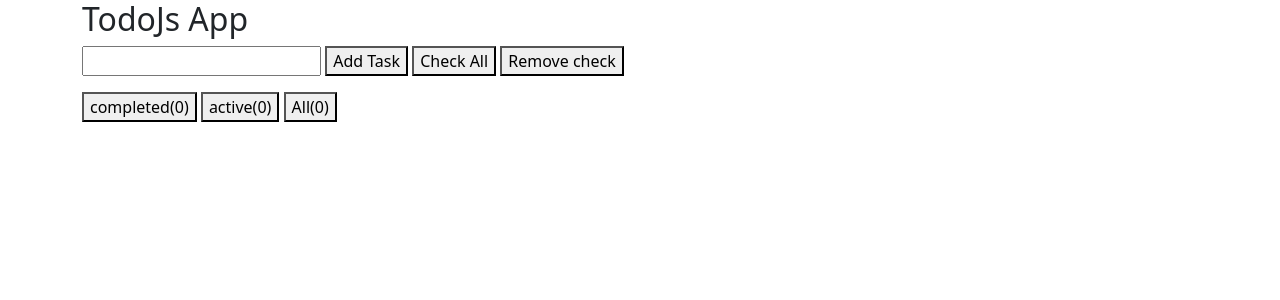
Repository: VladimirKasyanov/Todo
Page: index.html
An editor plug-in stored every save of this project. The page is shown before and after the next save, followed by the edit.
The browser window is 1280 px wide. The pictures show the whole page.

Above is the page before, as saved 2024-05-31 13:48:41.

### index.html
<!DOCTYPE html>
<html lang="en">
  <head>
    <meta charset="utf-8" />
    <meta name="viewport" content="width=device-width, initial-scale=1" />
   <link rel="stylesheet" href="styles.css">
    <link
      href="https://cdn.jsdelivr.net/npm/bootstrap@5.3.3/dist/css/bootstrap.min.css"
      rel="stylesheet"
      integrity="sha384-QWTKZyjpPEjISv5WaRU9OFeRpok6YctnYmDr5pNlyT2bRjXh0JMhjY6hW+ALEwIH"
      crossorigin="anonymous"
    />
    <title>TodoJs App</title>
  </head>
  <body>
    <div class="container">
      <h2>TodoJs App</h2>
      <form>
        <input type="text" class="input__box" />
        <button type="button" class="add">Add Task</button>
        <button type="button" onclick="checkAll()" class="check-all">
          Check All
        </button>
        <button type="button" onclick="removeCheck()" class="remove-check">
          Remove check
        </button>
      </form>
      <div class="todo__li">
        <ul class="list"></ul>
        <div class="all-button" type="button" >
          <button id="completed" >completed(0)</button>
          <button id="active" >active(0)</button>
          <button id="all" type="focus" >All(0)</button>
        <div>
      </div>
    </div>
    <script
      src="https://cdn.jsdelivr.net/npm/bootstrap@5.3.3/dist/js/bootstrap.bundle.min.js"
      integrity="sha384-YvpcrYf0tY3lHB60NNkmXc5s9fDVZLESaAA55NDzOxhy9GkcIdslK1eN7N6jIeHz"
      crossorigin="anonymous"
    ></script>
    <script src="todo.js"></script>
  </body>
</html>

### styles.css
.completed {
display:
}
.inc {
    display:
}
.all{
    display:
}

### todo.js
const form = document.querySelector("form");
const inputBox = document.querySelector(".input__box");
const addButton = document.querySelector(".add");
const list = document.querySelector(".list");
const label = document.querySelector(".span");
const newInput = document.querySelector(".new-input");
const totalCounter = document.getElementById("all");
const completedCounter = document.getElementById("completed");
const incompleteCounter = document.getElementById("active");
const allButton = document.querySelector(".all-button")

const keyEnter = "Enter"
const keyEscape = "Escape"


let todoList = [];
let condition = "all"
// let completedCount = 0;
// let incompleteCount = 0;

const task = (event) => {
  event.preventDefault();
  const inputText = inputBox.value.trim()
  if (inputText === "" || inputText === null) return;
  let newTodo = {
    description: inputBox.value,
    checked: false,
    id: Date.now(),
  };

  todoList.push(newTodo);
  console.log(todoList);
  displayList(todoList);
  inputBox.value = "";

};



const displayList = () => {

  list.innerHTML = "";
  todoList.forEach((item) => {
    list.innerHTML += `
<li id ='${item.id}'>
<input class = 'check' type='checkBox' id='${item.id}' ${
      item.checked ? "checked" : ""
    }>
<span class='some-text'>${item.description}</span>
  <input class='new-input' type= 'text' value='${item.description.replace(/\s+/g, '')}' hidden></input>
<button type='delete' class='del' id='${item.id}' >x</button>
</li>

`;
// completedTab();

});
updateCounters();
completedTab();
// document.getElementById("total-counter").textContent.todoList.length
};

// const counter = () => {
//     console.log(todoList.length)

//   displayList(todoList)
// }

const toggleTodo = (event) => {
  // todoList[index].checked = !todoList[index].checked;
  if(event.target.type == 'checkbox') {
    const todoId = event.target.id;
    todoList.forEach((item) => {
      if (item.id === Number(todoId)) {
        item.checked = !item.checked;
      }
    })
  }
   updateCounters();
  // displayList(todoList);
};




const checkAll = () => {
  todoList.forEach((todo) => {
    todo.checked = !todo.checked;
  });
  displayList();
};


// const filterTodo = () => {
//   switch (condition) {
//     case 'active':
//     return todoList.filter((todo) => !todo.isChecked);
// }
// }

const updateCounters = () => {
  const completedCount = todoList.filter((item) => item.checked).length;
  const incompleteCount = todoList.length - completedCount;

  completedCounter.innerText = completedCount;
  incompleteCounter.innerText = incompleteCount;
  totalCounter.innerText = todoList.length;

}

const completedTab = () => {
  switch(condition) {
    case 'active':
    return todoList.filter((item) => !item.checked);

    case 'complete':
      return todoList.filter((item) => item.checked);

    default:
      return todoList
    };

    displayList(todoList);
  };



const removeCheck = () => {
  todoList = todoList.filter((todo) => !todo.checked);
  displayList(todoList);
};

function removeOnce(event) {
  const todoId = Number(event.target.parentElement.id);
  if (event.target.classList.contains("del")) {
    todoList = todoList.filter((todo) => todo.id !== todoId);
    displayList(todoList);
  }
}


const editNew = (elementId) => {
  const theElement = document.getElementById(elementId)
  const newText = theElement.children[2].value;
    if (newText === "" || newText === null) return
  // let todoText = event.target.parentNode.children[2].value;

  // console.log(todoList)

  todoList.forEach((item) => {
    if (item.id === Number(elementId)) {
        item.description = newText.trim()
    }

  })
  displayList(todoList);

  //  if (event.sourceCapabilities !== null) {
  //   if (todoText.trim() === '') {
  //   }
  //   displayList(todoList);
  // }
}

const addButtonEnter = (event) => {
    if (event.key === keyEnter) {
       task(event);
  }
};

const changeDescription = (event) => {
  if (event.target.classList.contains("some-text")) {
    const {children} = event.target.parentNode
    children[1].hidden = true
    children[2].hidden = false
    children[2].focus()
  }
};

const changeDescriptionFinish = (event) => {
    if (event.target.classList.contains("new-input")) {
      // console.log(event)

      if (event.key === keyEnter){
        const todoId = Number(event.target.parentElement.id);
        console.log(todoId)
        // todoList.forEach((todo) => todo.id !== todoId);
        editNew(todoId);


      }
      if (event.key === keyEscape) {
        displayList(todoList)
      }
    }
  }


  // list.addEventListener("blur",changeDescriptionFinish)
  list.addEventListener("dblclick", changeDescription);
  list.addEventListener("click", removeOnce);
  list.addEventListener("click", toggleTodo);
  addButton.addEventListener("click", task);
  // console.log(typeof(li))
  list.addEventListener('keyup', changeDescriptionFinish);
  inputBox.addEventListener('keydown', addButtonEnter);
  list.addEventListener('click', completedTab);
  allButton.addEventListener('click',completedTab )
  // list.addEventListener('click', refillCounter)


// const changeDescription = (event) => {
//   const todoId = event.target.parentElement.id;
//   const todo = todoList.find((todo) => todo.id == todoId);

//   if (event.target.classList.contains("label")) {
//     const input = document.createElement("input");
//     input.type = "text";
//     input.value = todo.description;

//     input.addEventListener("blur", () => {
//       todo.description = input.value;
//       displayList(todoList);
//     });

//     event.target.replaceWith(input);
//     input.focus();
//   }
// };
// let itemId = event.target.id
// let index = todoList.findIndex((element) => element.id === itemId);
// delOnce.addEventListener("click", delOnce)
// for.forEach
// const removeOnce = (event) => {
//     delOnce.addEventListener("click", removeOnce);
//         let delOnce = todoList.findIndex((element) => element.id === event.target.id);
//             if (index !== -1) {
//                 todoList.splice(index, 1);

//             };
//             displayList(todoList);
//         };





          // todoList = todoList.filter((todo) => );
    // todoList.removeChild("li");
// checkAllButton.addEventListener("click", checkAll);
// removeComplete.addEventListener("click", removeAll);
// replace(/\s+/g, '') // space delete

// const changeDescriptionFinish = (event) => {
//   if (event.target.classList.contains("new-input")) {
//     const updatedDescription = event.target.value;
//     const todoId = Number(event.target.parentNode.id);
//     const todoIndex = todoList.findIndex((todo) => todo.id === todoId);

//     if (event.key === 'Enter') {
//       todoList[todoIndex].description = updatedDescription;
//       displayList(todoList);
//     } else if (event.key === 'Escape') {
//       event.target.value = todoList[todoIndex].description;
//     }
//   }
// };
// inputBox.addEventListener("keydown", (event) => {
//   if (event.key === "Enter") {
//     task(event);
//   }
// });

// const displayList = () => {
//   list.innerHTML = "";

//   todoList.forEach((item) => {
//     list.innerHTML += `
//       <li id='${item.id}'>
//         <input class='check' type='checkbox' id='${item.id}' ${
//       item.checked ? "checked" : ""
//     }>
//         <span class='some-text'>${item.description}</span>
//         <input class='new-input' type='text' hidden></input>
//         <button type='delete' class='del' id='${item.id}'>x</button>
//       </li>
//     `;

//     if (item.checked) {
//       completedCount++;
//     } else {
//       incompleteCount++;
//     }
//   });
//   document.getElementById("completed-counter").textContent = completedCount;
//   document.getElementById("incomplete-counter").textContent = incompleteCount;
//   document.getElementById("total-counter").textContent = todoList.length;
// };

// function editTask(event) {
//   if (event.target.classList.contains("some-text")) {
//     const { children } = event.target.parentNode;
//     children[1].hidden = true;
//     const editInput = children[2];
//     editInput.value = event.target.textContent;
//     editInput.hidden = false;
//     editInput.focus();
//   }
// }

// function finishEdit(event) {
//   if (event.target.classList.contains("new-input")) {
//     const todoId = Number(event.target.parentElement.id);
//     const editedTask = event.target.value.trim();
//     if (event.key === keyEnter && editedTask !== "") {
//       todoList = todoList.map((todo) =>
//         todo.id === todoId ? { ...todo, description: editedTask } : todo
//       );
//       displayList();
//     }
//     if (event.key === keyEscape) {
//       displayList();
//     }
//   }
// }


// const updateCounter =  () =>  {
//   // const counter = todoList.filter((item) => !item.check).length

//   // const unCount = todoList.filter((item) =>)
//   const completedCount = document.getElementById("completed-counter");
//   const incompleteCount = document.getElementById("incomplete-counter");
//   // const allButton = document.getElementById("total-counter")
//   incompleteCount.textContent = incompleteCount
//   // allButton = document.getElementById("total-counter")
//   allButton.textContent = ` (${todoList.length}) `
//   // (${todoList.length});
// displayList(todoList);
// };

After the next save:
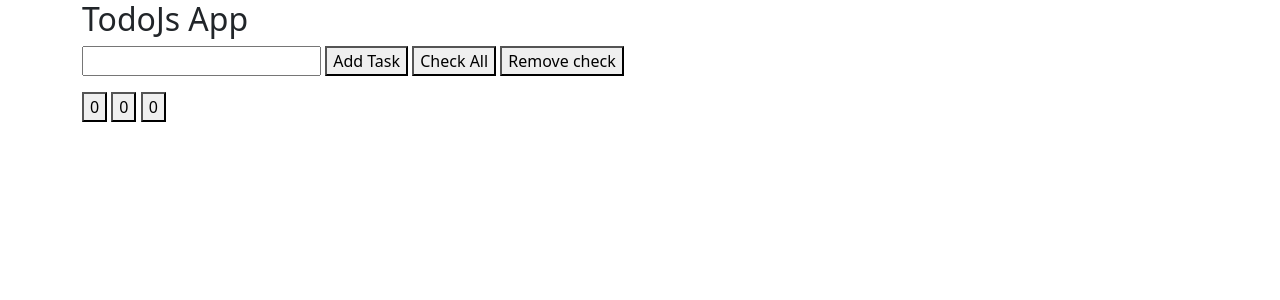
Saved 41 s later.
--- a/todo.js
+++ b/todo.js
@@ -120,8 +120,8 @@
       return todoList
     };
 
-    displayList(todoList);
   };
+  displayList(todoList);
 
 
 

After the save that followed:
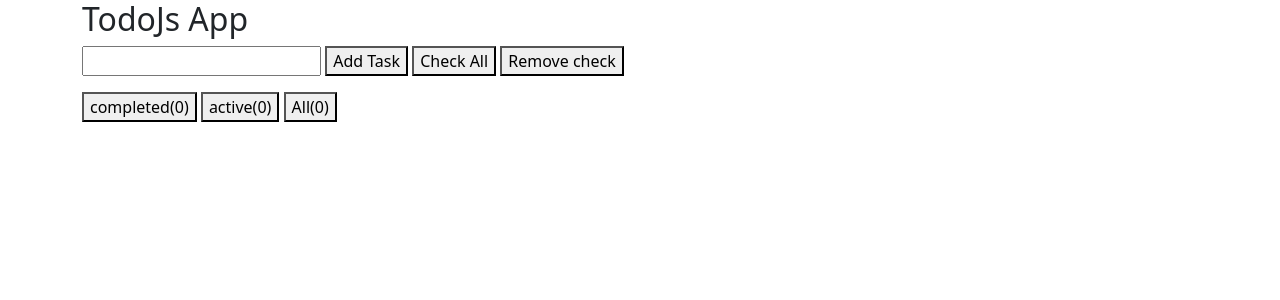
Saved 36 s later.
--- a/todo.js
+++ b/todo.js
@@ -109,6 +109,7 @@
 }
 
 const completedTab = () => {
+  displayList(todoList);
   switch(condition) {
     case 'active':
     return todoList.filter((item) => !item.checked);
@@ -121,7 +122,6 @@
     };
 
   };
-  displayList(todoList);
 
 
 
